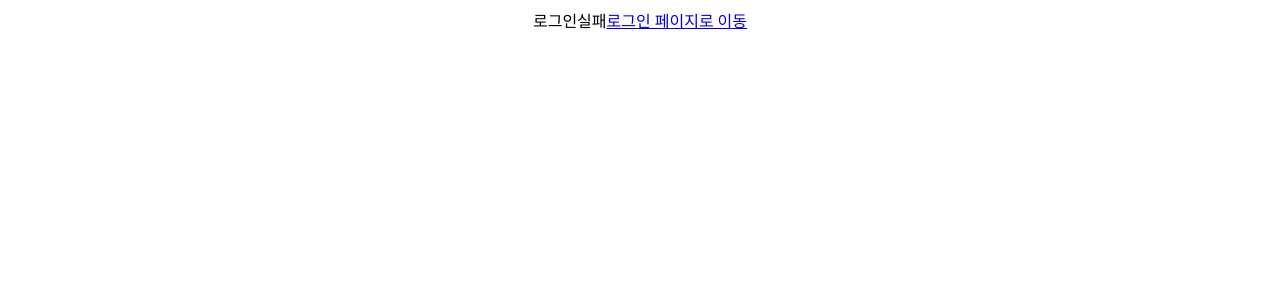
Repository: wake45/Web_Programming_Project
Page: http://localhost/WebP/login.jsp
An editor plug-in stored every save of this project. The page is shown before and after the next save, followed by the edit.
The browser window is 1280 px wide. The pictures show the whole page.
The page is served by Tomcat 9. Other server files are loaded and not shown. Queries for data that is not in the repository find no rows.

Above is the page before, as saved 2018-06-17 15:19:28.

### Web_기말프로젝트_20145150_이상욱/WebP/WebContent/login.jsp
<%@ page language="java" contentType="text/html; charset=EUC-KR"
    pageEncoding="EUC-KR"%>
<!DOCTYPE html PUBLIC "-//W3C//DTD HTML 4.01 Transitional//EN" "http://www.w3.org/TR/html4/loose.dtd">
<html>
<head>
<meta http-equiv="Content-Type" content="text/html; charset=EUC-KR">
<title>Insert title here</title>
</head>
<body>
<jsp:useBean id="login" class="Info.Member" scope="page"/>
<jsp:useBean id="dbconnect" class="Info.DBConnection" scope="page"/>
<jsp:setProperty name="login" property="*"/>

<%
	if(dbconnect.isMember(login.getId(),login.getPassword())){
	session.setAttribute("login","success");
	out.println("<center>");
	out.print("<a href=class.html>수강생 입력</a>");
	}
	else{
		out.println("<center>");
		out.print("로그인실패");
		out.print("<a href=login.html>로그인 페이지로 이동</a>");
	}
%>
</body>
</html>

### Web_기말프로젝트_20145150_이상욱/WebP/src/Info/Member.java
package Info;

public class Member {
	private String id;
	private String password;
	private String name;
	private String number;
	public String getId() {
		return id;
	}
	public void setId(String id) {
		this.id = id;
	}
	public String getPassword() {
		return password;
	}
	public void setPassword(String password) {
		this.password = password;
	}
	public String getName() {
		return name;
	}
	public void setName(String name) {
		this.name = name;
	}
	public String getNumber() {
		return number;
	}
	public void setNumber(String number) {
		this.number = number;
	}
}

### Web_기말프로젝트_20145150_이상욱/WebP/src/Info/DBConnection.java
package Info;

import java.sql.*;

public class DBConnection {
	private static final String JDBC_DRIVER = "com.mysql.jdbc.Driver";
	private static final String JDBC_URL = "jdbc:mysql://localhost:3306/webdb?characterEncoding=UTF-8&serverTimezone=UTC";
	private static final String USER = "root";
	private static final String PASSWD = "1234";


	private Connection con = null;
	private PreparedStatement pstmt = null;

	public DBConnection() {
		try {
			Class.forName(JDBC_DRIVER);
		}catch(Exception e) {
			e.printStackTrace();
		}
	}

	public void connect() {
		try{
			con = DriverManager.getConnection(JDBC_URL, USER, PASSWD);
		}catch(Exception e){
			e.printStackTrace();
		}
	}

	public boolean isMember(String id, String pwd) {
		boolean success = false;
		connect();
		String sql = "select * from member";
		ResultSet information = null;

		try {
			pstmt = con.prepareStatement(sql);
			information = pstmt.executeQuery(sql);

			while(information.next()) {
				if(id.equals(information.getString(1)) && pwd.equals(information.getString(2))) {
					success = true;
				}
			}

			information.close();
			disconnection();

			return success;
		}catch(SQLException e) {
			e.printStackTrace();
			return success;
		}
	}

	public String findId(String name, String number) {
		connect();
		String sql = "select * from member where name=? and number=?";
		ResultSet information=null;
		String str = null;
		try {
			pstmt = con.prepareStatement(sql);
			pstmt.setString(1, name);
			pstmt.setString(2, number);
			information = pstmt.executeQuery();

			while(information.next()) {
					str = information.getString(1);
			}

			information.close();
			disconnection();

			return str;
		}catch(SQLException e) {
			e.printStackTrace();
			return null;
		}
	}

	public String findPwd(String id ,String name, String number) {
		connect();
		String sql = "select * from member where id=? and name=? and number=?";
		ResultSet information = null;
		String str = null;
		try {
			pstmt = con.prepareStatement(sql);
			pstmt.setString(1, id);
			pstmt.setString(2, name);
			pstmt.setString(3, number);
			information = pstmt.executeQuery();

			while(information.next()) {
					str = information.getString(2);
			}

			information.close();
			disconnection();

			return str;
		}catch(SQLException e) {
			e.printStackTrace();
			return null;
		}
	}

	public boolean insertMember(Member mem) {
		boolean success = true;

		connect();
		String sql = "insert into member values(?, ?, ?, ?)";

		try {
			pstmt = con.prepareStatement(sql);


			pstmt.setString(1, mem.getId());
			pstmt.setString(2, mem.getPassword());
			pstmt.setString(3, mem.getName());
			pstmt.setString(4, mem.getNumber());
			pstmt.executeUpdate();


			disconnection();
	        return success;

		}catch(SQLException e) {
			e.printStackTrace();
			return !success;
		}
	}

	public void disconnection() {
		if(pstmt != null) {
			try {
				pstmt.close();
			}catch(SQLException e) {
				e.printStackTrace();
			}
		}
		if(con != null) {
			try {
				con.close();
			}catch(SQLException e) {
				e.printStackTrace();
			}
		}
	}
}

After the next save:
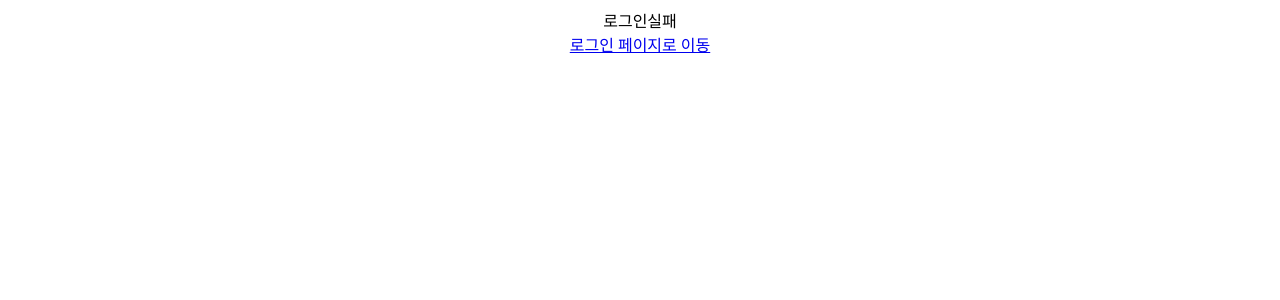
Saved 59 s later.
--- a/Web_기말프로젝트_20145150_이상욱/WebP/WebContent/login.jsp
+++ b/Web_기말프로젝트_20145150_이상욱/WebP/WebContent/login.jsp
@@ -18,9 +18,9 @@
 	out.print("<a href=class.html>수강생 입력</a>");
 	}
 	else{
-		out.println("<center>");
+		out.print("<center>");
 		out.print("로그인실패");
-		out.print("<a href=login.html>로그인 페이지로 이동</a>");
+		out.print("<br><a href=login.html>로그인 페이지로 이동</a>");
 	}
 %>
 </body>
